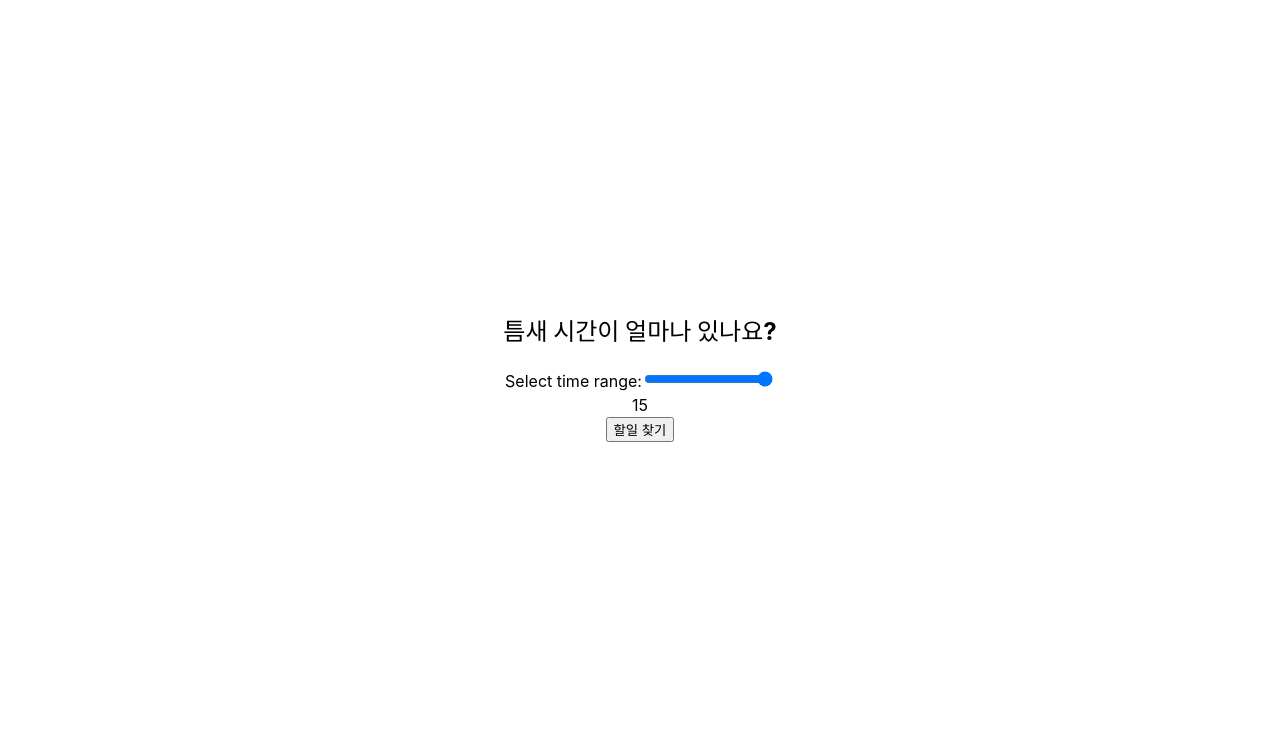
Repository: Tickley-Team/Tickley
Page: /survey
These files come from the project's save history. The page is drawn as it stood at one moment and after a run of saves; the edit follows.
The browser window is 1280 px wide. The pictures show the whole page.
The project was rebuilt for these pictures with package versions that can differ from the ones it lists, and the page was loaded fresh each time. Also part of the build but not shown: vite.config.ts, src/pages/Todos.tsx, src/hooks/useCategoryNames.tsx, src/hooks/useFilteredTodos.tsx, src/hooks/useLocalStorage.ts, src/utils.ts, src/pages/TodosFind.tsx, src/pages/Home.tsx and 8 more.

Above is the page before, as saved 2024-12-08 17:48:49.

After the next 3 saves:
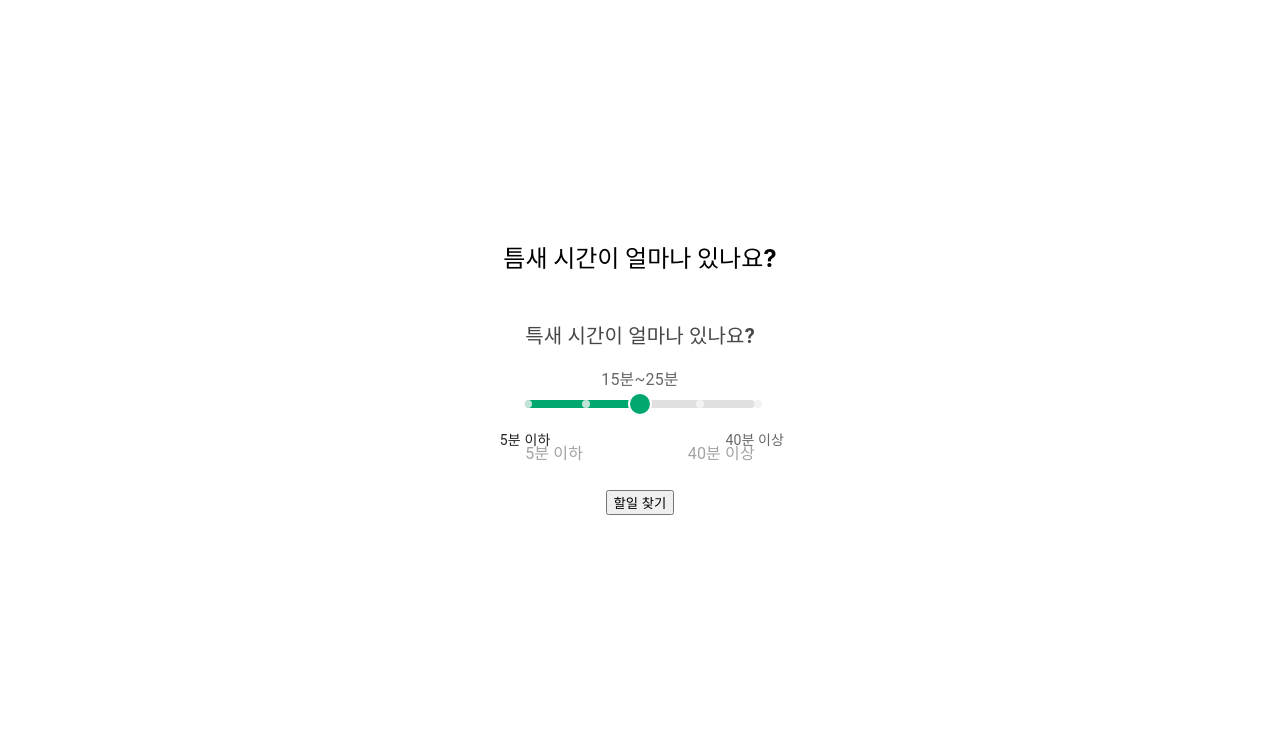
The 3 saves are shown as one change because they came seconds apart.
The last was saved 94 s later.
--- a/src/pages/SurveySpareTime/index.tsx
+++ b/src/pages/SurveySpareTime/index.tsx
@@ -1,7 +1,7 @@
 import { useCallback } from 'react'
 import { useNavigate } from 'react-router'
-import { useRecommendTodoFilterStore } from '../../stores/recommendTodoFilterStore'
 import { MobileLayout } from '../../layout/MobileLayout'
+import { RangeSlider } from '../../components/RangeSlider'
 
 const SurveySpareTime = () => {
   const navigate = useNavigate()
@@ -21,31 +21,31 @@ const SurveySpareTime = () => {
  * zustand 테스트용 - 컴포넌트 분리작업은 추후에
  * @returns
  */
-const RangeSlider = () => {
-  const { spareTime, setSpareTime } = useRecommendTodoFilterStore()
-  //   const [value, setValue] = useState(0)
+// const RangeSlider = () => {
+//   const { spareTime, setSpareTime } = useRecommendTodoFilterStore()
+//   //   const [value, setValue] = useState(0)
 
-  const handleChange = (event: React.ChangeEvent<HTMLInputElement>) => {
-    setSpareTime(Number(event.target.value))
-  }
+//   const handleChange = (event: React.ChangeEvent<HTMLInputElement>) => {
+//     setSpareTime(Number(event.target.value))
+//   }
 
-  return (
-    <div className="range-slider">
-      <label htmlFor="range">Select time range:</label>
-      <input
-        id="range"
-        type="range"
-        min="0"
-        max="4"
-        step="1"
-        value={spareTime}
-        onChange={handleChange}
-        className="slider"
-      />
-      <div className="labels"></div>
-      <div className="value">{spareTime}</div>
-    </div>
-  )
-}
+//   return (
+//     <div className="range-slider">
+//       <label htmlFor="range">Select time range:</label>
+//       <input
+//         id="range"
+//         type="range"
+//         min="0"
+//         max="4"
+//         step="1"
+//         value={spareTime}
+//         onChange={handleChange}
+//         className="slider"
+//       />
+//       <div className="labels"></div>
+//       <div className="value">{spareTime}</div>
+//     </div>
+//   )
+// }
 
 export default SurveySpareTime
